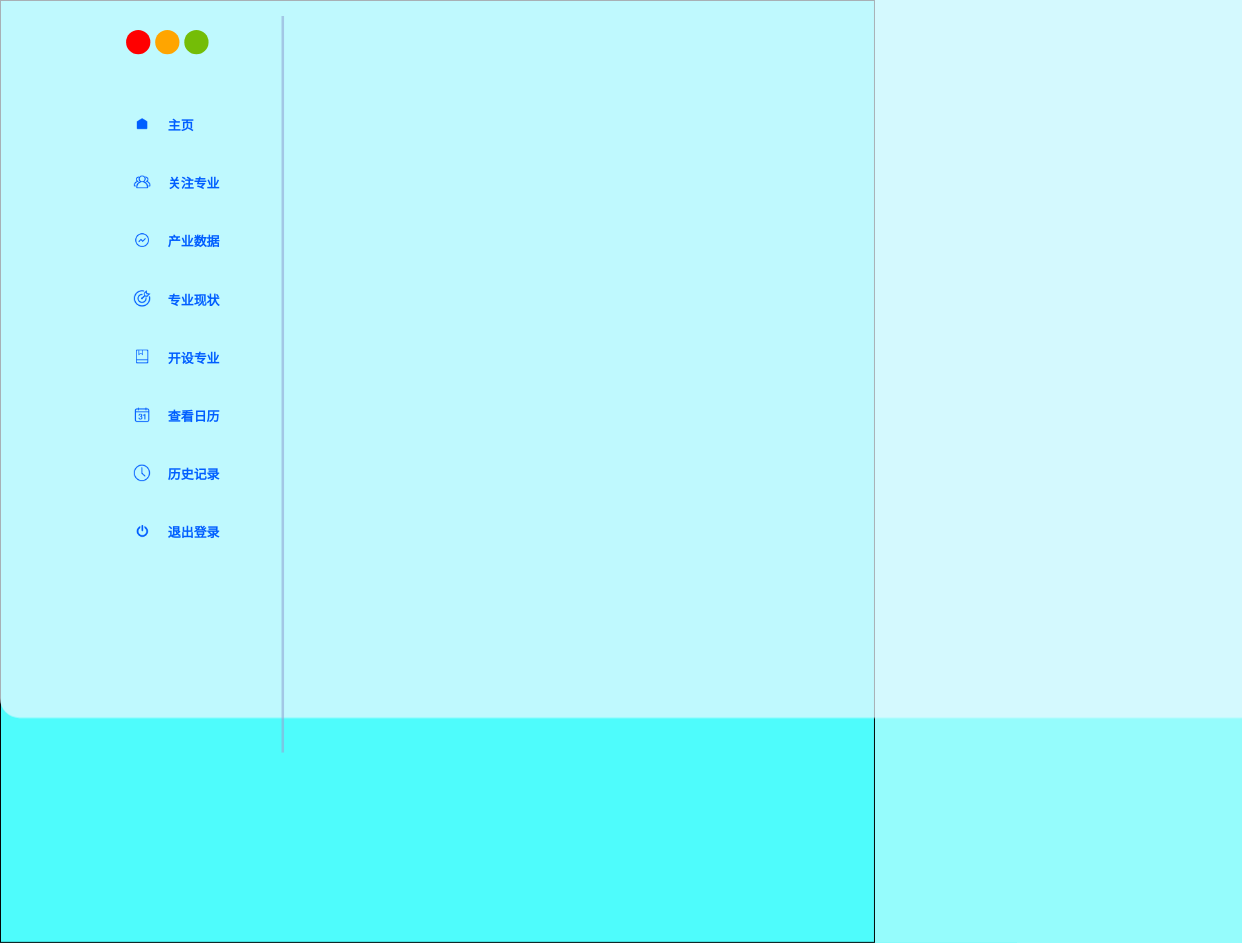
Repository: akaCSDN/test
Page: 2.1主页.html
The author's editor kept a copy of each file at every save. The page is drawn from the files as they stood at one save, then again after the next save.
The browser window is 1280 px wide. The pictures show the whole page, at 97% of full size.

Above is the page before, as saved 2022-12-03 22:00:06.

After the next save:
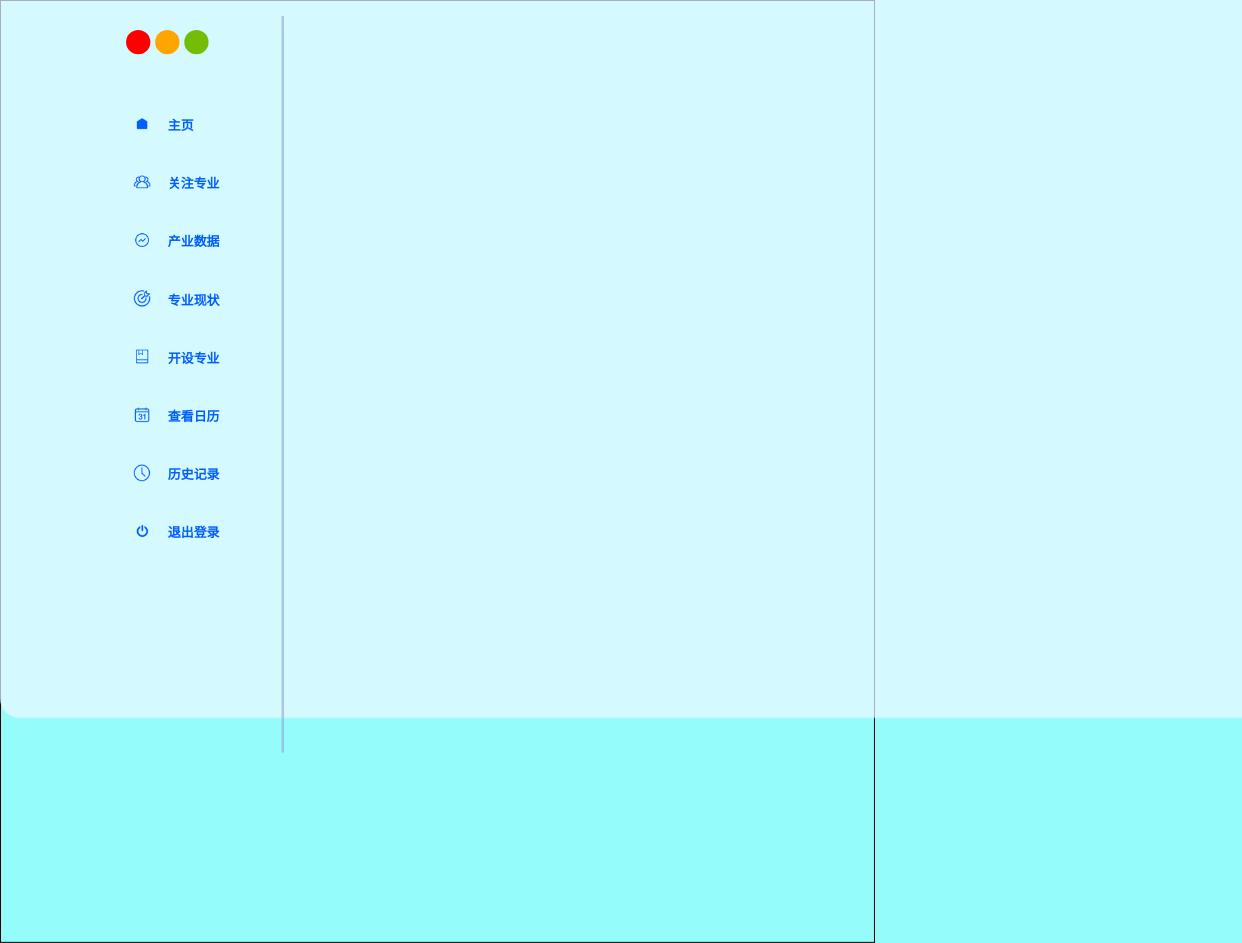
Saved 11 s later.
--- a/2.1主页.html
+++ b/2.1主页.html
@@ -99,7 +99,7 @@
             width: 900px;
             height: 970px;
             border: 1px solid black;
-            background-color: rgb(78, 252, 252);
+            /* background-color: rgb(78, 252, 252); */
         }
     </style>
 </head>
